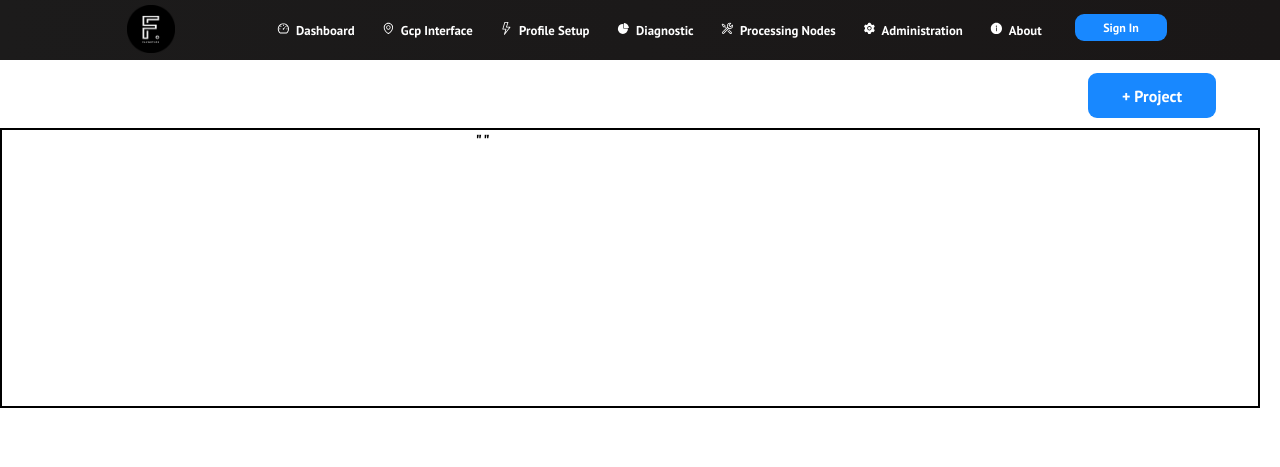
Repository: Akshaykumar1111/akki
Page: /Dashboard
These files come from the project's save history. The page is drawn as it stood at one moment and after the next save; the edit follows.
The browser window is 1280 px wide. The pictures show the whole page.
Some web libraries are served in a nearby version. The project was rebuilt for these pictures with package versions that can differ from the ones it lists, and the page was loaded fresh each time. Also part of the build but not shown: src/components/pages/Administration.css, src/components/pages/Administration.js, src/components/pages/Diagnostic.js, src/components/pages/ProfileSetup.js, src/components/pages/GcpInterface.js, src/components/pages/ProcessingNodes.js, src/components/pages/About.js, src/components/pages/Popup.css and 7 more.

Above is the page before, as saved 2022-10-20 11:08:11.

### src/App.css
* {
  box-sizing: border-box;
  margin: 0;
  padding: 0;
  font-family: 'PT Sans', sans-serif;
}

.home,
.Diagnostic,
.Dashboard,
.ProfileSetup,
.GcpInterface,
.ProcessingNodes,
.products,
.Administration,
.DeveloperTools,
.About,
.sign-up,
.SigUp,
.Forgot,
.marketing,
.consulting {
  display: flex;
  height: 961.3px;
  align-items: center;
  justify-content: center;
  font-size: 2rem;
}


.map-container{
  width: 100%;
  height: 100%;
}

.Dashboard {
  background-image: url('./images/img-1.jpg');
  background-position: center;
  background-size: cover;
  background-repeat: no-repeat;
  color: #fff;
  font-size: 100px;

  margin-bottom: 10px;
}

.GcpInterface {
  background-image: url('./images/img-2.jpg');
  background-position: center;
  background-size: cover;
  background-repeat: no-repeat;
  color: #fff;
  font-size: 100px;
}

.Diagnostic {
  background-image: url('./images/img-3.jpg');
  background-position: center;
  background-size: fill;
  background-repeat: no-repeat;
  color: #fff;
  font-size: 100px;
}

.ProfileSetup {
  background-image: url('./images/img-4.jpg');
  background-position: center;
  background-size: cover;
  background-repeat: no-repeat;
  color: #fff;
  font-size: 100px;
}

.sign-up {
  background-image: url('./images/img-7.jpg');
  background-position: center;
  background-size: cover;
  background-repeat: no-repeat;
  color: #fff;
  font-size: 100px;
}

.marketing {
  background-image: url('./images/img-6.jpg');
  background-position: center;
  background-size: cover;
  background-repeat: no-repeat;
  color: #fff;
  font-size: 100px;
}

.consulting {
  background-image: url('./images/img-5.jpg');
  background-position: bottom;
  background-size: cover;
  background-repeat: no-repeat;
  color: #fff;
  font-size: 100px;
}

### src/components/pages/Dashboard.js

import React from 'react';
import '../../App.css';
import '../Button.css';
import './Dashboard.css';

export default function Dashboard() {
  return ( <>
  <button type="button" className='btn projectbtn'>+ Project</button>
  <div11>" "</div11>
  </>
  )
 }

### src/components/Button.js
import React from 'react';
import './Button.css';
import { Link } from 'react-router-dom';

export function Button() {
  return (
    <Link to='sign-In'>
      <button className='btn'>Sign In</button>
    </Link>
  );
}

### src/components/Navbar.css
.navbar {

  height: 70px;
  display: flex;
  justify-content: center;
  align-items: center;
  font-size: 1.2rem;


}
.nav-bg1{
  background-color: rgba(42, 41, 41, 0.606);
  }
.nav-bg2{
  background: linear-gradient(90deg, rgb(28, 27, 27) 0%, rgb(26, 23, 23) 100%);

}

.navbar-logo {
  color: #fff;
  justify-self: start;
  margin-left: 20px;
  cursor: pointer;
  text-decoration: none;
  font-size: 2rem;
}

.fa-firstdraft {
    margin-left: -18%;
    font-size: 1rem;
    height: 4rem;
    width: 4rem;
    text-align: center;
    margin-top: 12%;
    margin-left: -190%;
}
/* .log-img{
  width: 8%;
} */
.nav-menu {
  display: grid;
  grid-template-columns: repeat(8, auto);
  grid-gap: 10px;
  list-style: none;
  text-align: center;
  width: 70vw;
  justify-content: end;
  margin-right: 2rem;
}

.nav-item {
  display: flex;
  align-items: center;
  height: 80px;
  margin-top: 8%;
  display: flex;
}

.nav-links {
  color: white;
  text-decoration: none;
  padding: 0.5rem 1rem;
}

.nav-links:hover {
  background-color: #1888ff;
  border-radius: 4px;
  transition: all 0.2s ease-out;
}

.fa-bars {
  color: #fff;
}

.nav-links-mobile {
  display: none;
}

.menu-icon {
  display: none;
}
.li1{
  margin-top: 9%;
}

.li2{
  margin-top: 8%;
}
.li4{
  margin-top: 9%;
}
.li5{
  margin-top: 6.5%;
}
.li6{
  margin-top: 7.3%;
}
.li7{
  margin-top: 12.4%;
}
.li8{
  margin-top: 7%;
}

.nav-links1 {
  color: white;
  text-decoration: none;
  padding: 0.5rem 1rem;
}






@media screen and (max-width: 1648px) {
  .navbar {
    /* background: linear-gradient(90deg, rgb(28, 27, 27) 0%, rgb(26, 23, 23) 100%); */
    height: 60px;
    display: flex;
    justify-content: center;
    align-items: center;
    font-size: 0.8rem;
  }
  .nav-bg1{
    background-color: rgba(42, 41, 41, 0.606);
    }
  .nav-bg2{
    background: linear-gradient(90deg, rgb(28, 27, 27) 0%, rgb(26, 23, 23) 100%);

  }
  .navbar-logo {
    color: #fff;
    justify-self: start;
    margin-left: 20px;
    cursor: pointer;
    text-decoration: none;
    font-size: 1.5rem;
    padding-right: 1%;
  }

  .fa-firstdraft {
    margin-left: -6%;
    font-size: 1rem;
    height: 3rem;
    width: 3rem;
    text-align: center;
    margin-top: 12%;
}

  .nav-menu {
    display: grid;
    grid-template-columns: repeat(8, auto);
    grid-gap: 8px;
    list-style: none;
    text-align: center;
    width: 75vw;
    justify-content: end;
    margin-right: 1.2rem;
  }

  .nav-item {
    display: flex;
    align-items: center;
    height: 75px;
  }

  .nav-links {
    color: white;
    text-decoration: none;
    padding: 0.5rem 0.6rem;
  }

  .nav-links1 {
    color: white;
    text-decoration: none;
    padding: 0.5rem 1rem;
  }

  .nav-links:hover {
    background-color: #1888ff;
    border-radius: 4px;
    transition: all 0.2s ease-out;
  }

  .fa-bars {
    color: #fff;
  }

  .nav-links-mobile {
    display: none;
  }

  .menu-icon {
    display: none;
  }
  .li1{
    margin-top: 9%;
  }

  .li2{
    margin-top: 8%;
  }
  .li4{
    margin-top: 9%;
  }
  .li5{
    margin-top: 6.5%;
  }
  .li6{
    margin-top: 7.3%;
  }
  .li7{
    margin-top: 12.4%;
  }
  .li8{
    margin-top: 7%;
  }

}



@media screen and (max-width: 961px) {
  .NavbarItems {
    position: relative;
  }

  .nav-menu {
    display: flex;
    flex-direction: column;
    width: 100%;
    height: 90vh;
    position: absolute;
    top: 80px;
    left: -100%;
    opacity: 1;
    transition: all 0.5s ease;
  }

  .nav-menu.active {
    background: #242222;
    left: 0;
    opacity: 1;
    transition: all 0.5s ease;
    z-index: 1;
  }

  .nav-links {
    text-align: center;
    padding: 0rem;
    width: 100%;
    display: table;
    margin-top: -1%;
  }

  .nav-links1 {
    color: white;
    text-decoration: none;
    padding: 0.5rem 1rem;
  }


  .nav-links:hover {
    background-color: #1888ff;
    border-radius: 0;
  }

  .navbar-logo {
    position: absolute;
    top: 0;
    left: 0;
    transform: translate(25%, 50%);
  }

  .menu-icon {
    display: block;
    position: absolute;
    top: -8px;
    right: 0;
    transform: translate(-100%, 60%);
    font-size: 1.8rem;
    cursor: pointer;
  }

  .fa-times {
    color: #fff;
    font-size: 2rem;
  }
  .nav-item {
    display: flex;
    align-items: center;
    height: 88px;
    font-size: 155%;
}

  .nav-links-mobile {
    display: block;
    text-align: center;
    /* padding: 1.5rem; */
    margin: 0rem auto;
    border-radius: 16px;
    width: 50%;
    background: #1888ff;
    text-decoration: none;
    color: #fff;
    font-size: 1.2rem;
    height: 55px;
    margin-bottom: 2%;
    padding-top: 2%;
  }

  .nav-links-mobile:hover {
    background: #fff;
    color: #1888ff;
    transition: 250ms;
  }

  .nav-Button{
    margin-top: 14%;
  }
  /* button {
    display: none;
  } */
  .fa-firstdraft {
    margin-left: 85%;
    font-size: 1rem;
    height: 3rem;
    width: 3rem;
    text-align: center;
    margin-top: -28%;
}
.li1{
  margin-top: 9%;
}

.li2{
  margin-top: 8%;
}
.li4{
  margin-top: 9%;
}
.li5{
  margin-top: 6.5%;
}
.li6{
  margin-top: 7.3%;
}
.li7{
  margin-top: 12.4%;
}
.li8{
  margin-top: 7%;
}

}



@media screen and (max-width: 480px) {
  .NavbarItems {
    position: relative;
  }

  .nav-menu {
    display: flex;
    flex-direction: column;
    width: 100%;
    height: 90vh;
    position: absolute;
    top: 80px;
    left: -100%;
    opacity: 1;
    transition: all 0.5s ease;
  }

  .nav-menu.active {
    background: #242222;
    left: 0;
    opacity: 1;
    transition: all 0.5s ease;
    z-index: 1;
  }

  .nav-links {
    text-align: center;
    padding: 0rem;
    width: 100%;
    display: table;
    margin-top: -1%;
  }

  .nav-links1 {
    color: white;
    text-decoration: none;
    padding: 0.5rem 1rem;
  }


  .nav-links:hover {
    background-color: #1888ff;
    border-radius: 0;
  }

  .navbar-logo {
    position: absolute;
    top: 0;
    left: 0;
    transform: translate(25%, 50%);
  }

  .menu-icon {
    display: block;
    position: absolute;
    top: -8px;
    right: 0;
    transform: translate(-100%, 60%);
    font-size: 1.8rem;
    cursor: pointer;
  }

  .fa-times {
    color: #fff;
    font-size: 2rem;
  }
  .nav-item {
    display: flex;
    align-items: center;
    height: 88px;
    font-size: 155%;
}

  .nav-links-mobile {
    display: block;
    text-align: center;
    /* padding: 1.5rem; */
    margin: 0rem auto;
    border-radius: 16px;
    width: 50%;
    background: #1888ff;
    text-decoration: none;
    color: #fff;
    font-size: 1.2rem;
    height: 55px;
    margin-bottom: 2%;
    padding-top: 2%;
  }

  .nav-links-mobile:hover {
    background: #fff;
    color: #1888ff;
    transition: 250ms;
  }

  .nav-Button{
    margin-top: 14%;
  }
  /* button {
    display: none;
  } */
  .fa-firstdraft {
    margin-left: 50%;
    font-size: 1rem;
    height: 3rem;
    width: 3rem;
    text-align: center;
    margin-top: -28%;
}
.li1{
  margin-top: 9%;
}

.li2{
  margin-top: 8%;
}
.li4{
  margin-top: 9%;
}
.li5{
  margin-top: 6.5%;
}
.li6{
  margin-top: 7.3%;
}
.li7{
  margin-top: 12.4%;
}
.li8{
  margin-top: 7%;
}

}

/* <-----------sticky navbar----------> */
/* .sticky{
  position: fixed;
  top: 0;
  left: 0;
  width: 100%;
  height: 5rem;
  padding-top: 0;
  padding-bottom: 0;
  box-shadow: 0 0 2rem 0 rgb(0,0,0,5);
} */
/* <-----------sticky navbar end----------> */

### src/components/Button.css
:root {
  --primary: #1888ff;
}

.btn {
  padding: 6px 9px;
  border-radius: 4px;
  outline: none;
  border: none;
  font-size: 15px;
  color: #fff;
  cursor: pointer;
  background-color: var(--primary);
  margin-top: 33%;
}
.projectbtn {
  font-size: 150%;
  /* padding: 0.5% 0.1% 0.5% 0.1%; */
  width: 10%;
  margin-top: 1%;
  margin-left: 89%;
}

.btn:hover {
  padding: 5px 9px;
  transition: all 0.3s ease-out;
  background-color: transparent;
  color: #fff;
  border-radius: 4px;
  border: 2px solid var(--primary);
  transition: all 0.3s ease-out;
}
@media screen and (max-width: 1140px) {
  .NavbarItems {
    position: relative;
  }
  :root {
    --primary: #1888ff;
  }

  .btn {
    padding: 6px 12px;
    border-radius: 9px;
    outline: none;
    border: none;
    font-size: 12px;
    color: #fff;
    cursor: pointer;
    background-color: var(--primary);
    margin-top: 36%;
  }
  .projectbtn {
    font-size: 150%;
    /* padding: 0.5% 0.1% 0.5% 0.1%; */
    width: 10%;
    margin-top: 1%;
    margin-left: 89%;
  }

  .btn:hover {
    padding: 6px 18px;
    transition: all 0.3s ease-out;
    background-color: transparent;
    color: #fff;
    border-radius: 4px;
    border: 2px solid var(--primary);
    transition: all 0.3s ease-out;
  }
}

@media screen and (max-width: 1648px) {
  .NavbarItems {
    position: relative;
  }
  :root {
    --primary: #1888ff;
  }

  .btn {
    padding: 6px 12px;
    border-radius: 9px;
    outline: none;
    border: none;
    font-size: 12px;
    color: #fff;
    cursor: pointer;
    background-color: var(--primary);
    margin-top: 26%;
  }
  .projectbtn {
    font-size: 100%;
    padding: 1% 0.1% 1% 0.1%;
    width: 10%;
    margin-top: 1%;
    margin-left: 85%;
  }

  .btn:hover {
    padding: 6px 18px;
    transition: all 0.3s ease-out;
    background-color: transparent;
    color: #fff;
    border-radius: 4px;
    border: 2px solid var(--primary);
    transition: all 0.3s ease-out;
  }
}




@media screen and (max-width: 961px) {
  .NavbarItems {
    position: relative;
  }
  :root {
    --primary: #1888ff;
  }

  .btn {

    border-radius: 9px;
    outline: none;
    border: none;
    font-size: 12px;
    color: #fff;
    cursor: pointer;
    background-color: var(--primary);
    width: auto;
    margin-top: 3%;
  }
  .projectbtn {
    font-size: 100%;
    padding: 1.5% 0.1% 1.5% 0.1%;
    width: 10%;
    margin-top: 1%;
    margin-left: 86%;
  }

  .btn:hover {
    padding: 0px 0px;
    transition: all 0.3s ease-out;
    background-color: transparent;
    color: #fff;
    border-radius: 4px;
    border: 2px solid var(--primary);
    transition: all 0.3s ease-out;
  }
}

### src/components/pages/Dashboard.css
div11{
    padding: 0% 60% 20% 37%;
    border:2px solid black;
    background: transparent;
    }

### src/components/pages/Signin.css
.sign-ups{
    display: flex;
    height: 33px;
    align-items: center;
    justify-content: center;
    font-size: 3rem;
    margin-top: -9px;
    color:whitesmoke;
    text-shadow: 2px 2px 15px white;
  }
  body {font-family: Arial, Helvetica, sans-serif;}
  /* The Modal (background) */
  .Main-login-Div {
  width: 100%;
  height: 100%;
  background-color: rgba(0,0,0,0.4);

  padding:10% 20% 5.6% 20%;

  background-image: url('../../images/abhi.jpg');
  background-size: cover;


  }

  /* input[type=text], input[type=password] {
  width: 100%;
  padding: 12px 20px;
  margin: 12px 0;
  display: inline-block;
  border: 1px solid #ccc;
  box-sizing: border-box;
  } */
  .input[type=text], .input[type=password] {
    width: 100%;
    padding: 12px 20px;
    margin: 12px 0;
    display: inline-block;
    border: 1px solid #ccc;
    box-sizing: border-box;
    }

  /* Set a style for all buttons */
  button {
  background-color: var(--primary);
  color: white;
  padding: 14px 20px;
  margin: 12px 0;
  border: none;
  cursor: pointer;
  width: 100%;
  border-radius: 10px;

  }


  button:hover {
  opacity: 0.8;
  }

  .nav-links-mobile {
    display: none;
  }

  /* Extra styles for the cancel button */
  .cancelbtn {
  width: auto;
  padding: 10px 18px;
  background-color: #f44336;
  border-radius: 9%;
  }

  .Signupbtn{
  width: auto;
  padding: 10px 18px;
  background-color: var(--primary);
  text-align: center;
  border-radius: 9%;
  }

  /* Center the image and position the close button */
  .imgcontainer  {
  text-align: center;
  margin: 24px 0 12px 0;
  position: relative;
  }

  img.avatar {
  width: 40%;
  border-radius: 50%;
  }

  .container {
  padding: 16px;
  /* text-align: right; */

  }
  .cont2{
    margin-left: 75px;
  }

  .container5 {

  /* text-align: right; */
  width: 100%;
  display: flex;
  /* height: 10%; */

  }

  .container1 {
  padding: 16px;

  width: 80%;

  }
  .container2 {
  width: 20%;
  text-align: right;
  padding: 16px;

  }







  span.psw {
  float: right;
  padding-top: 16px;
  }



  /* Modal Content/Box */
  .modal-content {
  background-color: #fefefe;
  margin: 5% auto 15% auto; /* 5% from the top, 15% from the bottom and centered */
  border: 1px solid #888;
  width: 80%; /* Could be more or less, depending on screen size */
  border-radius: 18px;
  }

  /* The Close Button (x) */
  .close {
  position: absolute;
  right: 25px;
  top: 0;
  color: #000;
  font-size: 35px;
  font-weight: bold;
  }

  .close:hover,
  .close:focus {
  color: red;
  cursor: pointer;
  }

  /* Add Zoom Animation */
  .animate {
  -webkit-animation: animatezoom 0.6s;
  animation: animatezoom 0.6s
  }

  @-webkit-keyframes animatezoom {
  from {-webkit-transform: scale(0)}
  to {-webkit-transform: scale(1)}
  }

  @keyframes animatezoom {
  from {transform: scale(0)}
  to {transform: scale(1)}
  }


  /* /////////////////////////////////////////////////////////////////////////////////////////////////////////////////// */
  @media screen and (max-width: 961px){
  .sign-ups{
    display: flex;
    height: 33px;
    align-items: center;
    justify-content: center;
    font-size: 3rem;
    margin-top: -9px;
    color:whitesmoke;
    text-shadow: 2px 2px 15px white;
  }
  body {font-family: Arial, Helvetica, sans-serif;}
  /* The Modal (background) */
  .Main-login-Div {
  width: 100%; /* Full width */
  height: 100%; /* Full height */
  background-color: rgba(0,0,0,0.4); /* Black w/ opacity */
  padding-top: 15%;
  padding-bottom: 2%;

  background-image: url('../../images/abhi.jpg');
  background-size: cover;


  }

  .input2[type=text], .input2[type=password] {
  width: 80%;
  padding: 12px 20px;
  margin: 12px 0;
  display: inline-block;
  border: 1px solid #ccc;
  box-sizing: border-box;
  }

  /* Set a style for all buttons */
  button {
  background-color: var(--primary);
  color: white;
  padding: 14px 20px;
  margin: 12px 0;
  border: none;
  cursor: pointer;
  width: 100%;
  border-radius: 10px;
  }


  button:hover {
  opacity: 0.8;
  }

  /* Extra styles for the cancel button */
  .cancelbtn {
  /* width: auto; */
  padding: 10px 18px;
  background-color: #f44336;
  }

  .Signupbtn{
  /* width: auto; */
  padding: 10px 18px;
  background-color: var(--primary);
  text-align: center;

  }

  /* Center the image and position the close button */
  .imgcontainer  {
  text-align: center;
  margin: 24px 0 12px 0;
  position: relative;
  }

  img.avatar {
  width: 40%;
  border-radius: 50%;
  }

  .container {
  padding: 16px;
  /* text-align: right; */

  }

  .container5 {

  /* text-align: right; */
  width: 100%;
  display: flex;
  /* height: 10%; */

  }

  .container1 {
  padding: 16px;

  width: 80%;

  }
  .container2 {
  width: 50%;
  text-align: right;
  padding: 16px;

  }








  span.psw {
  float: right;
  padding-top: 16px;
  }



  /* Modal Content/Box */
  .modal-content {
  background-color: #fefefe;
  margin: 5% auto 15% auto; /* 5% from the top, 15% from the bottom and centered */
  border: 1px solid #888;
  width: 80%; /* Could be more or less, depending on screen size */
  border-radius: 18px;
  }

  /* The Close Button (x) */
  .close {
  position: absolute;
  right: 25px;
  top: 0;
  color: #000;
  font-size: 35px;
  font-weight: bold;
  }

  .close:hover,
  .close:focus {
  color: red;
  cursor: pointer;
  }

  /* Add Zoom Animation */
  .animate {
  -webkit-animation: animatezoom 0.6s;
  animation: animatezoom 0.6s
  }

  @-webkit-keyframes animatezoom {
  from {-webkit-transform: scale(0)}
  to {-webkit-transform: scale(1)}
  }

  @keyframes animatezoom {
  from {transform: scale(0)}
  to {transform: scale(1)}
  }
  }
  @media screen and (max-width: 300px) {
    span.psw {
       display: block;
       float: none;
    }
    .cancelbtn {
       width: 100%;
    }
  }

  @media screen and (max-width: 610px){
    .sign-ups{
      display: flex;
      height: 33px;
      align-items: center;
      justify-content: center;
      font-size: 2rem;
      margin-top: -9px;
      color:whitesmoke;
      text-shadow: 2px 2px 15px white;
    }
    body {font-family: Arial, Helvetica, sans-serif;}
    /* The Modal (background) */
    .Main-login-Div {
    width: 100%; /* Full width */
    height: 100%; /* Full height */
    background-color: rgba(0,0,0,0.4); /* Black w/ opacity */
    padding-top: 15%;
    padding-bottom: 2%;

    background-image: url('../../images/abhi.jpg');
    background-size: cover;


    }

    .input[type=text], .input[type=password] {
    width: 100%;
    padding: 12px 20px;
    margin: 12px 0;
    display: inline-block;
    border: 1px solid #ccc;
    box-sizing: border-box;
    }

    /* Set a style for all buttons */
    /* button {
    background-color: var(--primary);
    color: white;
    padding: 14px 20px;
    margin: 12px 0;
    border: none;
    cursor: pointer;
    width: 126%;
    } */
    .button {
      background-color: var(--primary);
      color: white;
      padding: 14px 20px;
      margin: 12px 0;
      border: none;
      cursor: pointer;
      width: 100%;
      border-radius: 10px;
      }



    button:hover {
    opacity: 0.8;
    }

    /* Extra styles for the cancel button */
    .cancelbtn {
    /* width: auto; */
    padding: 7px 14px;
    background-color: #f44336;
    }
    .cont2{
      margin-left: 75px;

    }
    .Signupbtn{
    /* width: auto; */
    padding: 3px 11px;
    background-color: var(--primary);
    text-align: center;
    font-size: 14px;

    }
    .Forgot-password{
      font-size: 12px;
    }

    /* Center the image and position the close button */
    .imgcontainer  {
    text-align: center;
    margin: 24px 0 12px 0;
    position: relative;
    }

    img.avatar {
    width: 40%;
    border-radius: 50%;
    }

    .container {
    padding: 16px;
    /* text-align: right; */
    width: 100%;

    }

    .container5 {

    /* text-align: right; */
    width: 100%;
    display: flex;
    /* height: 10%; */

    }

    .container1{
    padding: 16px;

    width: 80%;

    }
    .container2 {
    width: 50%;
    text-align: right;
    padding: 16px;

    }








    span.psw1 {
    float: right;
    padding-top: 16px;
    }



    /* Modal Content/Box */
    .modal-content {
    background-color: #fefefe;
    margin: 5% auto 15% auto; /* 5% from the top, 15% from the bottom and centered */
    border: 1px solid #888;
    width: 80%; /* Could be more or less, depending on screen size */
    border-radius: 18px;
    }

    /* The Close Button (x) */
    .close {
    position: absolute;
    right: 25px;
    top: 0;
    color: #000;
    font-size: 35px;
    font-weight: bold;
    }

    .close:hover,
    .close:focus {
    color: red;
    cursor: pointer;
    }

    /* Add Zoom Animation */
    .animate {
    -webkit-animation: animatezoom 0.6s;
    animation: animatezoom 0.6s
    }

    @-webkit-keyframes animatezoom {
    from {-webkit-transform: scale(0)}
    to {-webkit-transform: scale(1)}
    }

    @keyframes animatezoom {
    from {transform: scale(0)}
    to {transform: scale(1)}
    }
    }

    @media screen and (max-width: 523px){
      .sign-ups{
        display: flex;
        height: 33px;
        align-items: center;
        justify-content: center;
        font-size: 1.5rem;
        margin-top: -9px;
        color:whitesmoke;
        text-shadow: 2px 2px 15px white;
      }
      body {font-family: Arial, Helvetica, sans-serif;}
      /* The Modal (background) */
      .Main-login-Div {
      width: 100%; /* Full width */
      height: 100%; /* Full height */
      background-color: rgba(0,0,0,0.4); /* Black w/ opacity */
      padding-top: 15%;
      padding-bottom: 2%;

      background-image: url('../../images/abhi.jpg');
      background-size: cover;


      }

      .input[type=text], .input[type=password] {
      width: 100%;
      padding: 12px 20px;
      margin: 12px 0;
      display: inline-block;
      border: 1px solid #ccc;
      box-sizing: border-box;
      }

      /* Set a style for all buttons */
      /* button {
      background-color: var(--primary);
      color: white;
      padding: 14px 20px;
      margin: 12px 0;
      border: none;
      cursor: pointer;
      width: 126%;
      } */
      .button {
        background-color: var(--primary);
        color: white;
        padding: 14px 20px;
        margin: 12px 0;
        border: none;
        cursor: pointer;
        width: 100%;
        border-radius: 10px;

        }



      button:hover {
      opacity: 0.8;
      }

      /* Extra styles for the cancel button */
      .cancelbtn {
      /* width: auto; */
      padding: 7px 14px;
      background-color: #f44336;
      }
      .cont2{
        margin-left: 30px;

      }
      .Signupbtn{
      /* width: auto; */
      padding: 3px 11px;
      background-color: var(--primary);
      text-align: center;
      font-size: 14px;

      }
      .Forgot-password{
        font-size: 12px;
      }

      /* Center the image and position the close button */
      .imgcontainer  {
      text-align: center;
      margin: 24px 0 12px 0;
      position: relative;
      }

      img.avatar {
      width: 40%;
      border-radius: 50%;
      }

      .container {
      padding: 16px;
      /* text-align: right; */
      width: 100%;

      }

      .container5 {

      /* text-align: right; */
      width: 100%;
      display: flex;
      /* height: 10%; */

      }

      .container1{
      padding: 16px;

      width: 80%;

      }
      .container2 {
      width: 50%;
      text-align: right;
      padding: 16px;

      }








      span.psw1 {
      float: right;
      padding-top: 16px;
      }



      /* Modal Content/Box */
      .modal-content {
      background-color: #fefefe;
      margin: 5% auto 15% auto; /* 5% from the top, 15% from the bottom and centered */
      border: 1px solid #888;
      width: 80%; /* Could be more or less, depending on screen size */
      border-radius: 18px;
      }

      /* The Close Button (x) */
      .close {
      position: absolute;
      right: 25px;
      top: 0;
      color: #000;
      font-size: 35px;
      font-weight: bold;
      }

      .close:hover,
      .close:focus {
      color: red;
      cursor: pointer;
      }

      /* Add Zoom Animation */
      .animate {
      -webkit-animation: animatezoom 0.6s;
      animation: animatezoom 0.6s
      }

      @-webkit-keyframes animatezoom {
      from {-webkit-transform: scale(0)}
      to {-webkit-transform: scale(1)}
      }

      @keyframes animatezoom {
      from {transform: scale(0)}
      to {transform: scale(1)}
      }

      }

Loaded but not shown: public/index.html (common file); src/index.js (common file); src/components/Navbar.js (179 lines, source omitted); src/App.js (57 lines, source omitted)

After the next save:
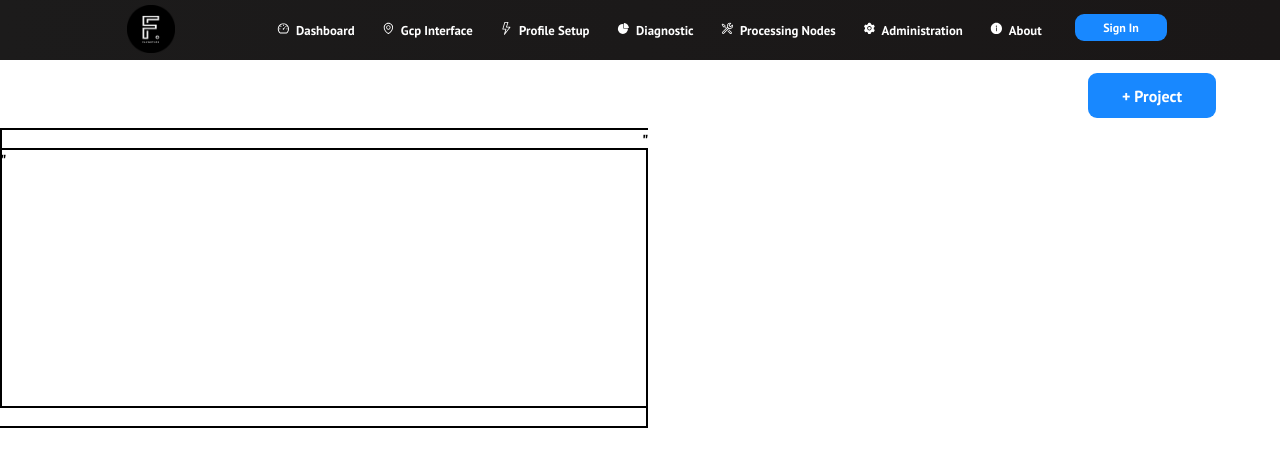
Saved 27 s later.
--- a/src/components/pages/Dashboard.css
+++ b/src/components/pages/Dashboard.css
@@ -1,5 +1,5 @@
 div11{
-    padding: 0% 60% 20% 37%;
+    padding: 0% 50% 20% 50%;
     border:2px solid black;
     background: transparent;
     }
